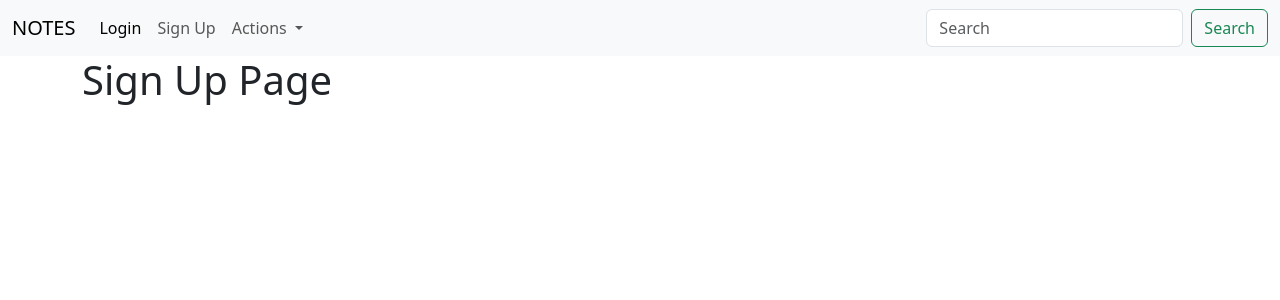
Repository: Qu4ntumGuy/flask-notes
Page: http://localhost/signup
The author's editor kept a copy of each file at every save. The page is drawn from the files as they stood at one save, then again after the next save.
The browser window is 1280 px wide. The pictures show the whole page.
The page is served by the project's application, run on Flask 3 (website/__init__.py).

Above is the page before, as saved 2024-05-30 19:13:14.

After the next save:
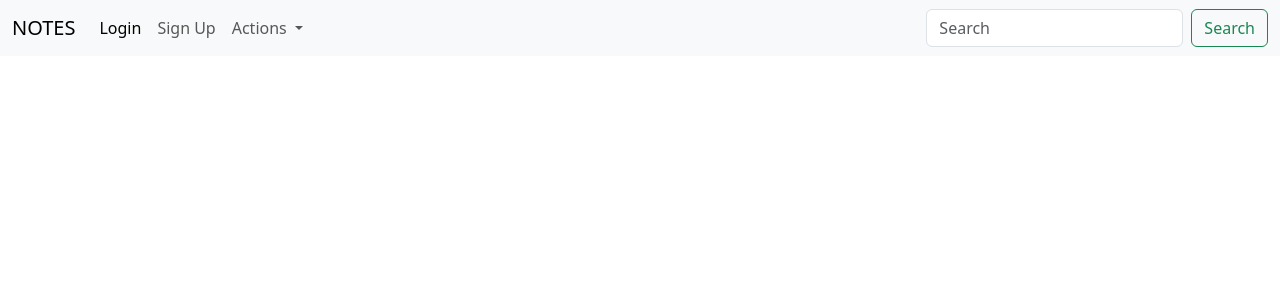
Saved 14 s later.
--- a/website/templates/signup.html
+++ b/website/templates/signup.html
@@ -1,5 +1,7 @@
 {%extends "index.html" %} {% block title %} Sign Up {% endblock %}
 
 {% block content %}
-<h1>Sign Up Page</h1>
+<form method="post">
+
+</form>
 {% endblock %}
